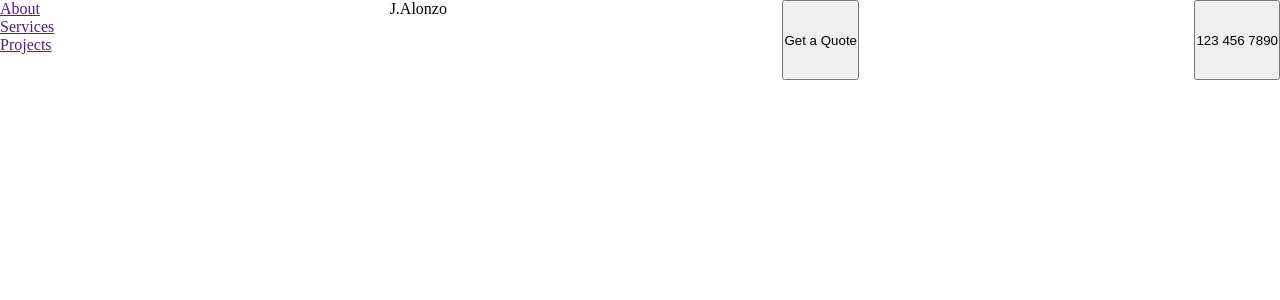
Repository: ttkkaa/HTML-CSS-16
Page: index.html
These files come from the project's save history. The page is drawn as it stood at one moment and after the next save; the edit follows.
The browser window is 1280 px wide. The pictures show the whole page.

Above is the page before, as saved 2025-12-05 19:20:51.

### index.html
<!DOCTYPE html>
<html lang="en">
<head>
    <meta charset="UTF-8">
    <meta name="viewport" content="width=device-width, initial-scale=1.0">
    <title>Document</title>
    <link rel="stylesheet" href="./style.css">
</head>
<body>

    <nav>
        <ul>
            <li><a href="">About</a></li>
            <li><a href="">Services</a></li>
            <li><a href="">Projects</a></li>
        </ul>
        <p>J.Alonzo</p>
        <button>Get a Quote</button>
        <button>123 456 7890</button>
    </nav>
</body>
</html>

### style.css
* {
    margin: 0;
    padding: 0;
    box-sizing: border-box;
}

nav {
    width: 100%;
    height: 80px;
    display: flex;
    justify-content: space-between;
}

After the next save:
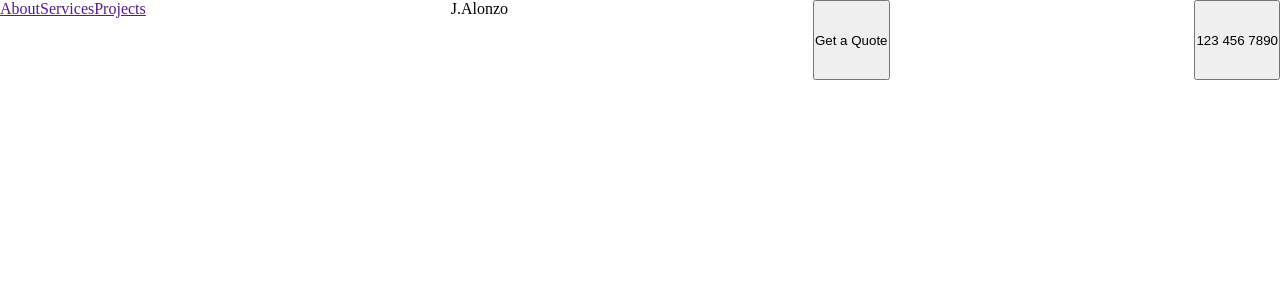
Saved 19 s later.
--- a/style.css
+++ b/style.css
@@ -10,3 +10,8 @@
     display: flex;
     justify-content: space-between;
 }
+
+nav ul {
+    display: flex;
+    list-style: none;
+}
